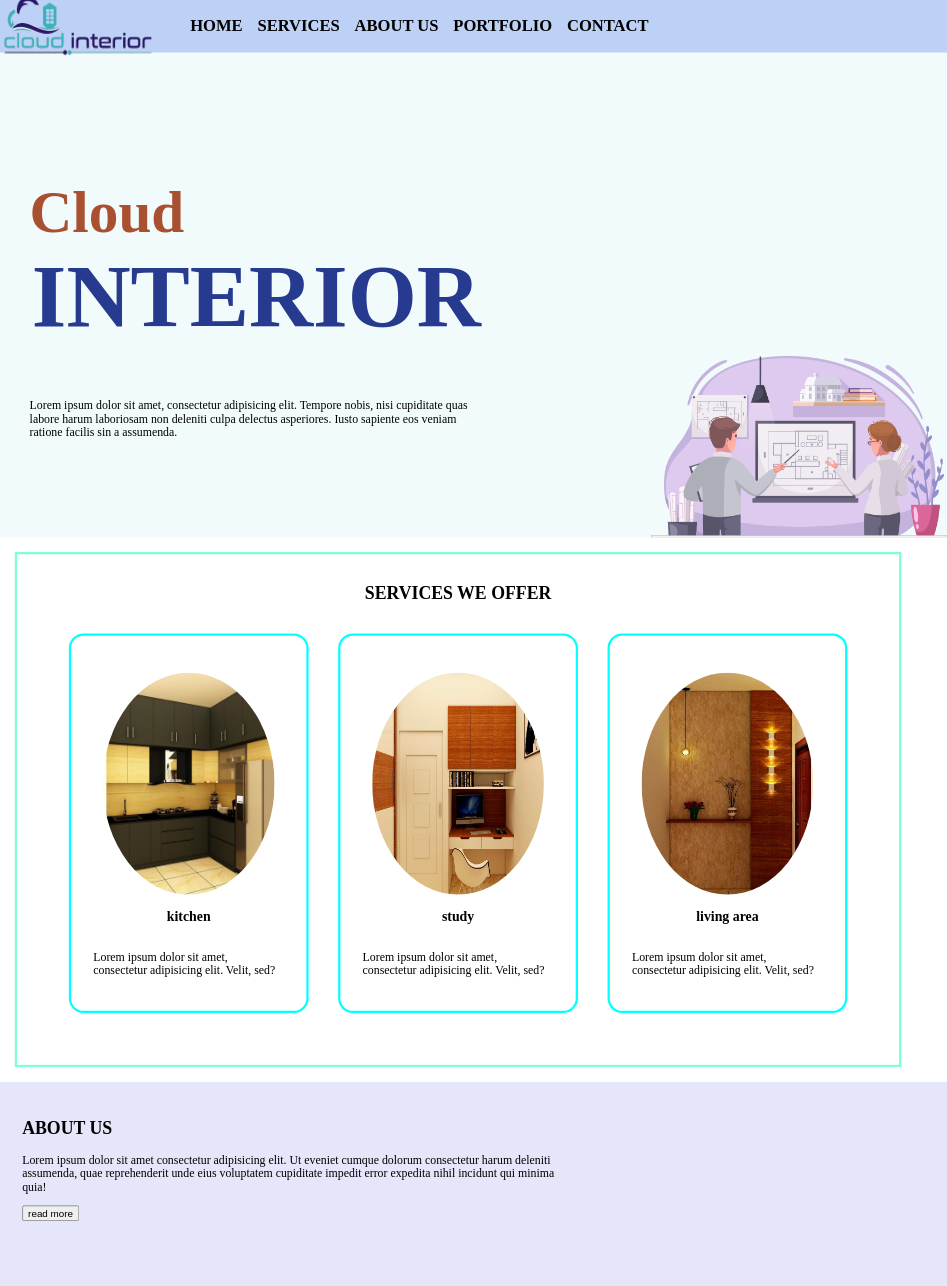
Repository: Ganavid/ganavidgowda.github.io
Page: cloud interior/‌index.html
The author's editor kept a copy of each file at every save. The page is drawn from the files as they stood at one save, then again after the next save.
The browser window is 1280 px wide. The pictures show the whole page, at 74% of full size.

Above is the page before, as saved 2023-03-04 01:16:41.

### cloud interior/‌index.html
<!DOCTYPE html>
<html lang="en">

<head>
    <meta charset="UTF-8">
    <meta http-equiv="X-UA-Compatible" content="IE=edge">
    <meta name="viewport" content="width=device-width, initial-scale=1.0">
    <link rel="stylesheet" href="interial.css">
    <title>cloud</title>
</head>

<body>
    <nav id="navbar">
        <div id="logocnt">
            <img id="logo" src="Layer 2.png" alt="the company" width="100px" height="50px">

        </div>
        <ul id="contents">
            <li class="item">
                <a href="interial.html">HOME</a>
            </li>
            <li class="item">
                <a href="#SERVICES">SERVICES</a>
            </li>
            <li class="item">
                <a href="about.html">ABOUT US</a>
            </li>
            <li class="item">
                <a href="gallery.html">PORTFOLIO</a>
            </li>
            <li class="item">
                <a href="register.html">CONTACT</a>
            </li>
        </ul>
    </nav>
    <div id="content2">
        <div id="subcontent">
            <h1>Cloud <br><span>Interior</span> </h1>
            <p>Lorem ipsum dolor sit amet,
                consectetur adipisicing elit.
                Tempore nobis, nisi cupiditate quas
                labore harum laboriosam non deleniti
                culpa delectus asperiores. Iusto
                sapiente eos veniam ratione facilis sin
                a assumenda.
            </p>
        </div>

        <div id="subcntimg">
            <img src="Group 1.png" alt=" studio" id="starter">
        </div>
    </div>

    <div id="ser">
        <h2 style="text-align: center;">SERVICES WE OFFER</h2>
        <div id="services">

            <div id="items">
                <img id="img1" src="ki1.jpeg" width="200px" height="300px" alt="kitchen">
                <h3>kitchen</h3>
                <p>Lorem ipsum dolor sit
                    amet, consectetur adipisicing
                    elit. Velit, sed?
                </p>
            </div>
            <div id="items">
                <img id="img1" src="stu1.jpeg" width="200px" height="300px" alt="">
                <h3>study</h3>
                <p>Lorem ipsum dolor sit
                    amet, consectetur adipisicing
                    elit. Velit, sed?
                </p>
            </div>
            <div id="items">
                <img id="img1" src="h2.jpeg" width="200px" height="300px" alt="bathroom">
                <h3>living area</h3>
                <p>Lorem ipsum dolor sit
                    amet, consectetur adipisicing
                    elit. Velit, sed?
                </p>
            </div>
        </div>

    </div>
    <div id="about">
        <h2>ABOUT US</h2>
        <p id="abtcon">Lorem ipsum dolor sit amet consectetur adipisicing elit. Ut eveniet cumque dolorum consectetur
            harum deleniti assumenda, quae reprehenderit unde eius voluptatem cupiditate impedit error expedita nihil
            incidunt qui minima quia!</p>
        <button id="button">read more</button>
    </div>

</body>

</html>

### cloud interior/interial.css
body{
    margin: 0px;
    padding: 0px;
    border: 0px;
}


nav{
    display: flex;
    justify-content: left;
    background-color: #BDD0F5;
    padding: 3px;
    align-items: center;
    height: 9vh;
}

#logocnt{
    display: flex;
    flex-direction: row;
}

#logo{
    height: 80px;
    width: 200px;
    margin: 2px;
}

#contents{
    display: flex;
    flex-direction: row;
    list-style: none;

}
#contents li{
    display: flex;
    flex-direction: row;
    list-style: none;
    margin: 0px 10px 0px 10px;

}


#contents li a{
    text-decoration: none;
    margin: 0xp 10px 0px 10px;
    color:white;
    font-family: ebrima;
    font-weight: bold;
    font-size: 140%;
    color: black;
}

#content2 {
    display: flex;
    flex-direction:row;
    margin: 0px;
    padding: 0px;
    justify-content:space-between;
    height: 91vh;
    background-color: #3abccb11;
}


#subcontent{
    display: flex;
    flex-direction: column;
    width: 50%;
    padding: 40px;
    align-items: normal;
    justify-content: center;

}

#subcontent h1 {
    color: #A8502F;
    font-size: 500%;
    font-family: Arial Rounded MT;
    font-weight: bold;
}

#subcontent h1 span{
    color: #263B8F;
    font-size: 150%;
    margin: 3px;
    text-transform: uppercase;
}

#subcntimg{
    display: flex;
    flex-direction: row;
    align-self: flex-end;
    justify-content: flex-end;
    width: 50%;
    height: 100%;
}

#starter{
    align-self: flex-end;


}

img{
    margin-top: 20px;
    width: 400px;
    align-items: center;
}
#ser{
    border: solid aquamarine;
    margin: 20px;
    padding: 20px;
    width: 90%;
    justify-content: space-around;

}
#services{
    display: flex;
    flex-direction: row;
    overflow:hidden;
    padding: 30px;
    padding-top: 0;

}
#items{display: flex;
    flex-direction: column;
    overflow:hidden;
    padding: 30px;
    border: solid aqua;
    align-content: space-around;
    margin: 20px;
    align-items: center;
    border-radius: 20px;


}
#about{
background-color: lavender;
justify-content: center;
height: 30vh;
padding: 30px;
}
#img1{
    border-radius: 50%;
    width:90%;

}
#abtcon{
    width: 60%;
}

After the next save:
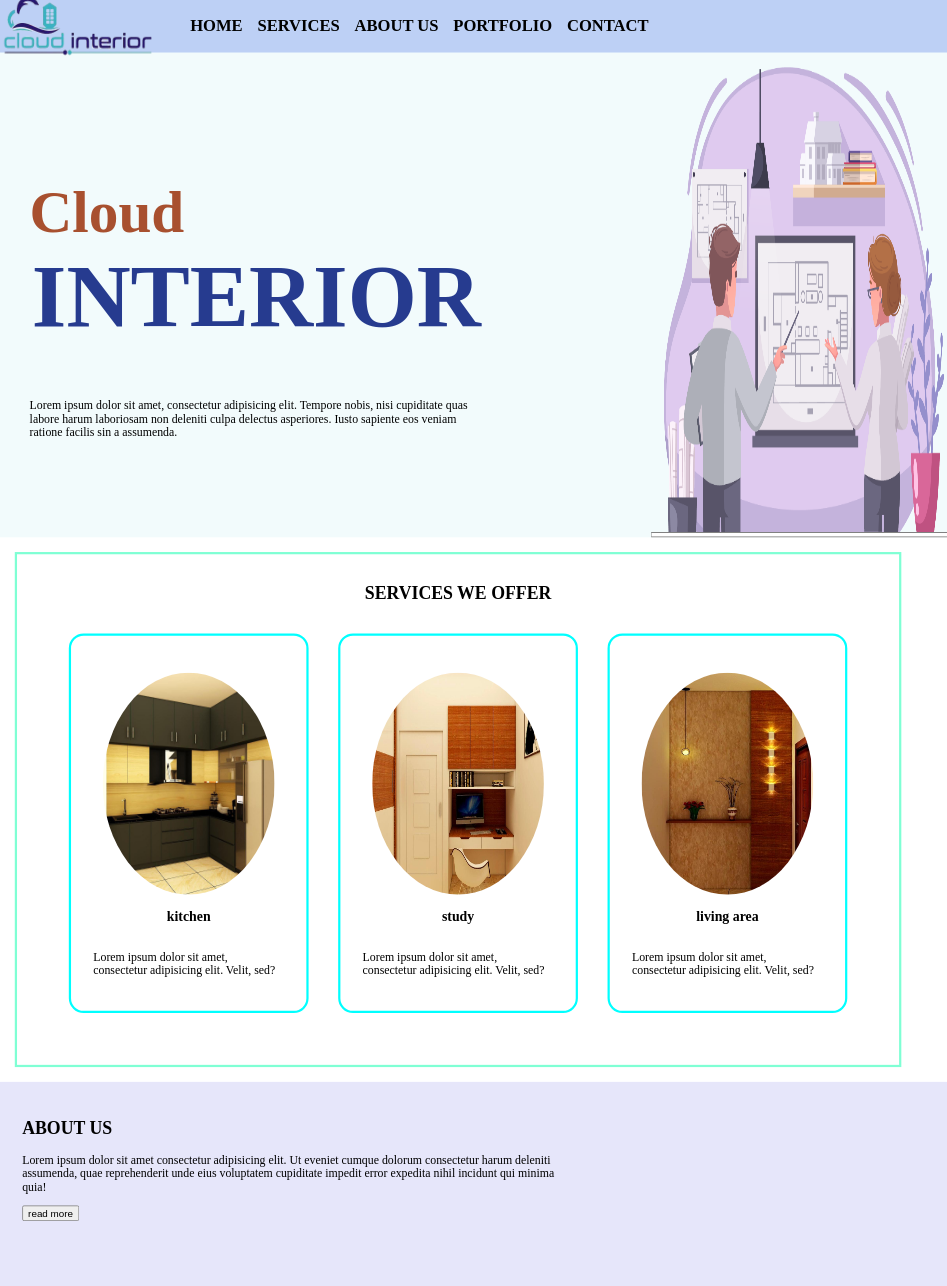
Saved 10 s later.
--- a/cloud interior/interial.css
+++ b/cloud interior/interial.css
@@ -95,7 +95,7 @@
 }
 
 #starter{
-    align-self: flex-end;
+    /* align-self: flex-end; */
 
 
 }

After the save that followed:
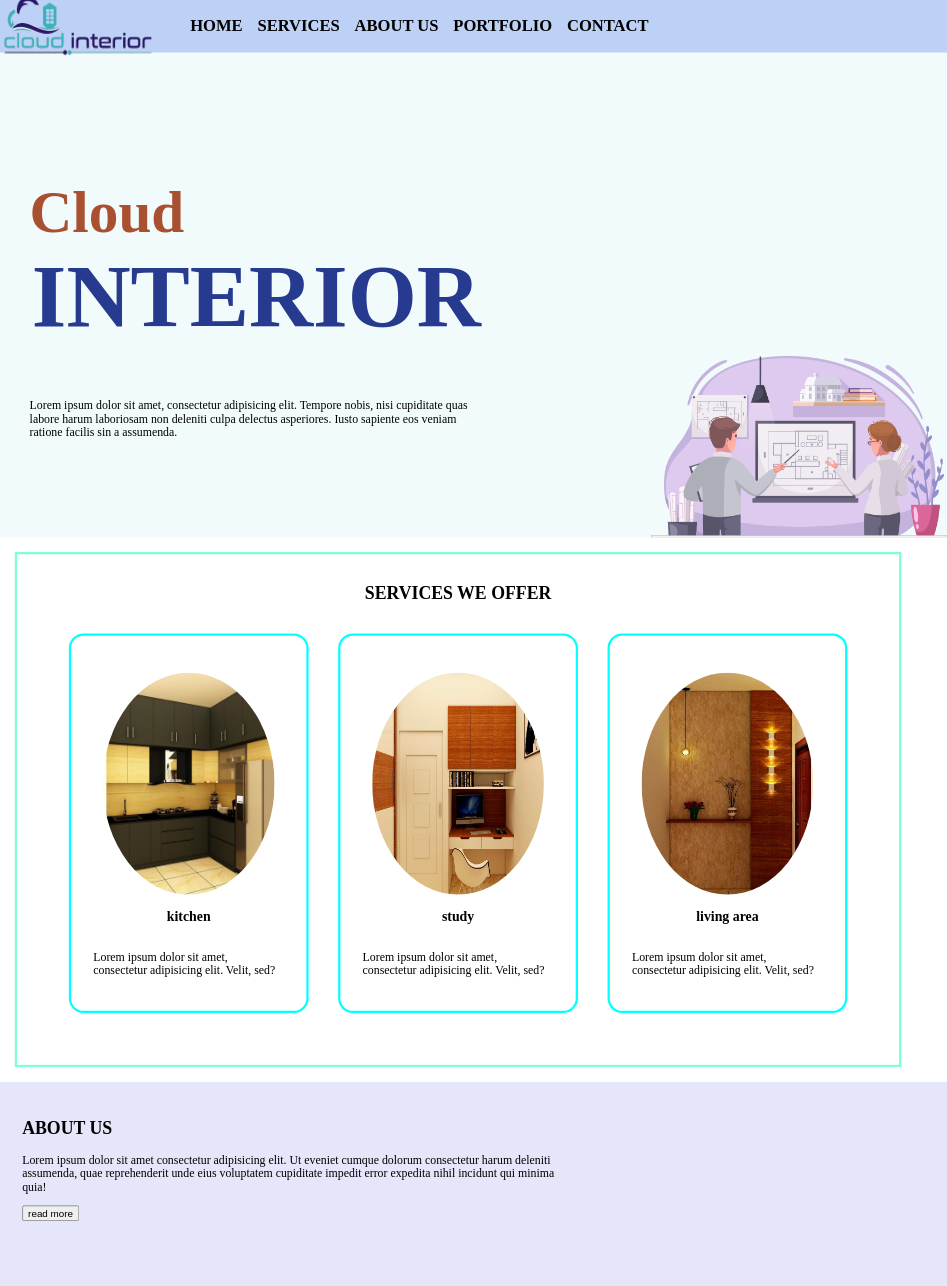
Saved 5 s later.
--- a/cloud interior/interial.css
+++ b/cloud interior/interial.css
@@ -95,7 +95,7 @@
 }
 
 #starter{
-    /* align-self: flex-end; */
+    align-self: flex-end;
 
 
 }
